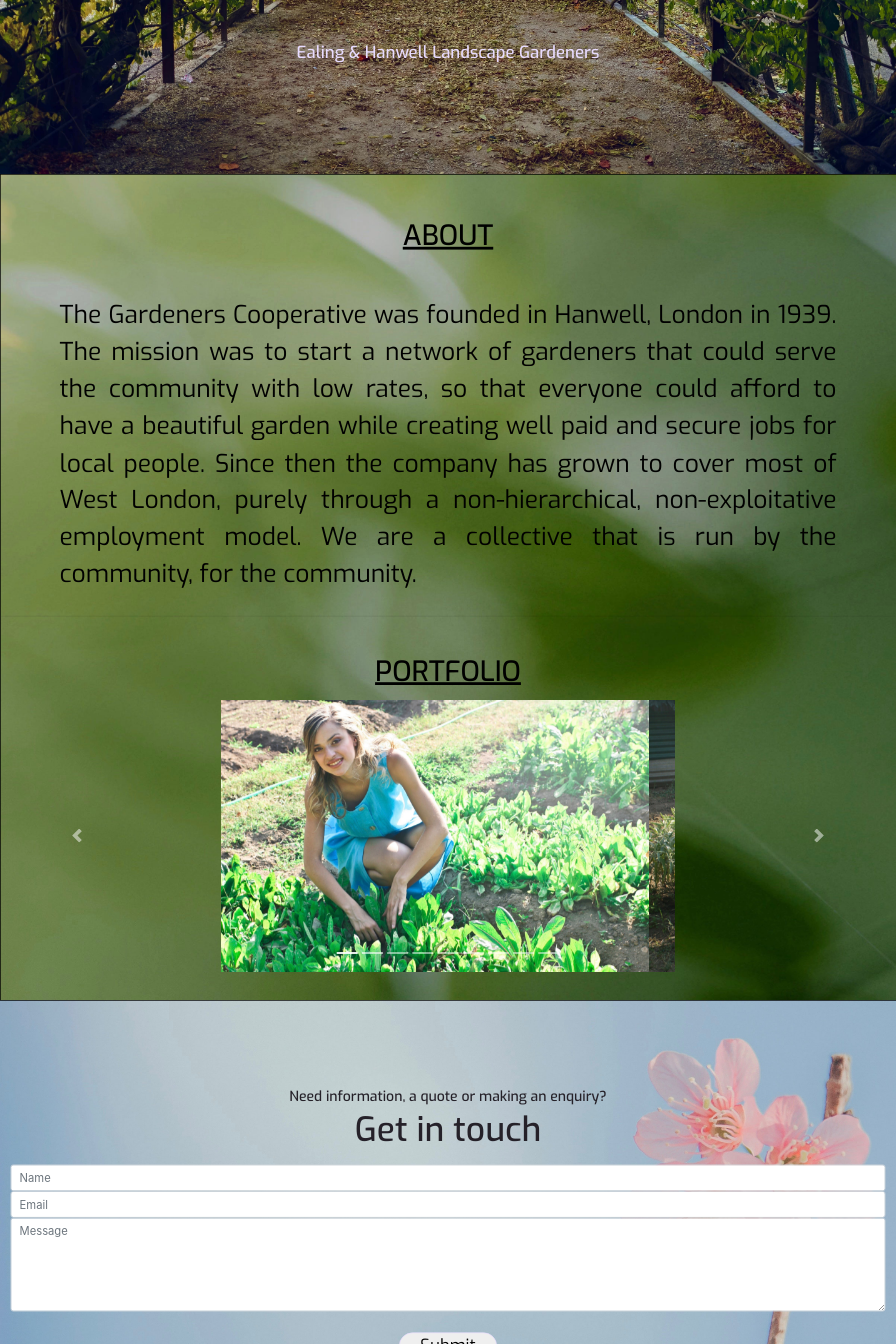
Repository: harrypars0ns/milestone-project
Page: index.html
The author's editor kept a record of every edit. The page is drawn from the files as they stood at one moment, then again after the next edit.
The browser window is 1280 px wide. The pictures show the part of the page from y = 471 to 2391 px (the page is 2571 px tall before and 2847 px after), at 70% of full size.
Backgrounds fixed to the window are drawn as part of the page.

Above is the page before.

### index.html
<!DOCTYPE html>
<html lang="en">

<head>
    <meta charset="UTF-8">
    <meta name="viewport" content="width=device-width, initial-scale=1.0">
    <meta http-equiv="X-UA-Compatible" content="ie=edge">
    <link rel="stylesheet" href="https://stackpath.bootstrapcdn.com/bootstrap/4.3.1/css/bootstrap.min.css" type="text/css" />
    <link rel="stylesheet" href="https://stackpath.bootstrapcdn.com/font-awesome/4.7.0/css/font-awesome.min.css" type="text/css" />
    <link rel="stylesheet" href="assets/css/style.css" type="text/css" />
    <title>Milestone</title>
</head>

<body>
    <!------------------------------------------------------NAV&LANDING>-->
    <div class="landing">
            <nav class='fixed-top container'>
                <div class="row">
                    <div class="col-4">
                        <a href="#about">ABOUT</a>
                    </div>
                    <div class="col-4">
                        <a href="#portfolio">PORTFOLIO</a>
                    </div>
                    <div class="col-4">
                        <a href="#contact">CONTACT</a>
                    </div>
                </div>
            </nav>


        <!-----------------------------------------TITLE---------------->



        <div id="landing" class="view">

            <div class="mask rgba-black-strong">

                <div class="container-fluid d-flex align-items-center justify-content-center h-100">

                    <div class="content row d-flex justify-content-center text-center">

                        <div class="col-md-10 shift">

                            <h2 class="font-weight-bold pt-5 mb-2">The Gardeners Cooperative</h2>



                            <h4>Ealing & Hanwell Landscape Gardeners</h4>


                        </div>

                    </div>

                </div>

            </div>

        </div>
    </div>




    <!------------------------------------------------------------------ABOUT->-->



    <div class='about' id='about'>

        <section class="info text-center">
            <div class="">
                <h1>ABOUT</h1>
            </div>

            <div class="container">
                <div class="row">
                    <div class="col">
                        <p>The Gardeners Cooperative was founded in Hanwell, London in 1939. The mission was to start a network of gardeners that could serve the community with low rates, so that everyone could afford to have a beautiful garden while creating
                            well paid and secure jobs for local people. Since then the company has grown to cover most of West London, purely through a non-hierarchical, non-exploitative employment model. We are a collective that is run by the community,
                            for the community.</p>
                    </div>

                </div>
            </div>

        </section>
        <hr id='portfolio'>
        <!-------------------------------------------------------------------PORTFOLIO-->
        <div class="container-fluid portfolio">
            <div class="text-center">
                <h1>PORTFOLIO</h1>
            </div>
            <div class="portfolio">
                <div id="carouselExampleIndicators" class="carousel slide" data-ride="carousel">
                    <ol class="carousel-indicators">
                        <li data-target="#carouselExampleIndicators" data-slide-to="0" class="active"></li>
                        <li data-target="#carouselExampleIndicators" data-slide-to="1"></li>
                        <li data-target="#carouselExampleIndicators" data-slide-to="2"></li>
                        <li data-target="#carouselExampleIndicators" data-slide-to="3"></li>
                        <li data-target="#carouselExampleIndicators" data-slide-to="4"></li>
                        <li data-target="#carouselExampleIndicators" data-slide-to="5"></li>
                        <li data-target="#carouselExampleIndicators" data-slide-to="6"></li>
                        <li data-target="#carouselExampleIndicators" data-slide-to="7"></li>
                        <li data-target="#carouselExampleIndicators" data-slide-to="8"></li>

                    </ol>
                    <div class="carousel-inner">
                        <div class="carousel-item active">
                            <img class="d-block w-100 responsive" src="assets/images/carousel-1.jpg" alt="First slide">
                        </div>
                        <div class="carousel-item">
                            <img class="d-block w-100 responsive" src="assets/images/lady2.jpg" alt="Second slide">
                        </div>
                        <div class="carousel-item">
                            <img class="d-block w-100 responsive" src="assets/images/flowers.jpg" alt="Third slide">
                        </div>
                        <div class="carousel-item">
                            <img class="d-block w-100 responsive" src="assets/images/lady4.jpg" alt="Fourth slide">
                        </div>
                        <div class="carousel-item">
                            <img class="d-block w-100 responsive" src="assets/images/bench.jpg" alt="Fifth slide">
                        </div>
                        <div class="carousel-item">
                            <img class="d-block w-100 responsive" src="assets/images/bloom.jpg" alt="Sixth slide">
                        </div>
                        <div class="carousel-item">
                            <img class="d-block w-100 responsive" src="assets/images/lady3.jpg" alt="Seventh slide">
                        </div>
                        <div class="carousel-item">
                            <img class="d-block w-100 responsive" src="assets/images/adult3.jpg" alt="Eighth slide">
                        </div>
                        <div class="carousel-item">
                            <img class="d-block w-100 responsive" src="assets/images/garden.jpg" alt="Nninth slide">
                        </div>
                    </div>
                    <a class="carousel-control-prev" href="#carouselExampleIndicators" role="button" data-slide="prev">
                        <span class="carousel-control-prev-icon" aria-hidden="true"></span>
                        <span class="sr-only">Previous</span>
                    </a>
                    <a class="carousel-control-next" href="#carouselExampleIndicators" role="button" data-slide="next">
                    <span class="carousel-control-next-icon" aria-hidden="true"></span>
                    <span class="sr-only">Next</span>
                    </a>
                </div>


            </div>


        </div>
    </div>

    <!-------------------------------------------------------------------CONTACT-->


    <div class='contact' id='contact'>

        <section class='container-fluid'>
            <div class="row form-page">
                <div class="col">
                    <div class="contact-info">
                        <h5 class='contact-heading question'>Need information, a quote or making an enquiry?</h4>
                            <h2 class='contact-heading'>Get in touch</h2>
                    </div>
                    <div class="form">
                        <form>
                            <input type="text" name="name" id "fullname" class='form-control' placeholder='Name' required/>
                            <input type="email" name="email" id "email" class='form-control' placeholder='Email' required/>
                            <textarea rows='5' name="message" id "message" class='form-control' placeholder='Message' required/></textarea>
                            <div class="submit">
                                <input id='submit' type="submit" value="Submit" />
                            </div>
                        </form>
                    </div>
                </div>
            </div>
        </section>


        <div class="footer" id='footer'>
            <div class="iconwrapper" <a href="#" class="fa fa-facebook">
                </a>
                <a href="#" class="fa inner fa-twitter" target='_blank'></a>
                <a href="#" class="fa inner fa-youtube" target='_blank'></a>
                <a href="#" class="fa inner fa-instagram" target='_blank'></a>
                <a href="#" class="fa inner fa-snapchat-ghost" target='_blank'></a>
                <a href="#" class="fa inner fa-facebook" target='_blank'></a>
            </div>
        </div>
    </div>








    <script src="https://code.jquery.com/jquery-3.3.1.slim.min.js" integrity="sha384-q8i/X+965DzO0rT7abK41JStQIAqVgRVzpbzo5smXKp4YfRvH+8abtTE1Pi6jizo" crossorigin="anonymous"></script>
    <script src="https://cdnjs.cloudflare.com/ajax/libs/popper.js/1.14.7/umd/popper.min.js" integrity="sha384-UO2eT0CpHqdSJQ6hJty5KVphtPhzWj9WO1clHTMGa3JDZwrnQq4sF86dIHNDz0W1" crossorigin="anonymous"></script>
    <script src="https://stackpath.bootstrapcdn.com/bootstrap/4.3.1/js/bootstrap.min.js" integrity="sha384-JjSmVgyd0p3pXB1rRibZUAYoIIy6OrQ6VrjIEaFf/nJGzIxFDsf4x0xIM+B07jRM" crossorigin="anonymous"></script>

</body>

</html>

### assets/css/style.css
@import url('https://fonts.googleapis.com/css?family=Roboto:100,100i,300,300i,400,400i,500,500i,700&display=swap');
@import url('https://fonts.googleapis.com/css?family=Exo:100,200,300,400,500,600,700&display=swap');



/*----------------------------------------- LANDING*/

.landing {
    background-image: url('../images/landing-background.jpg');
    height: 100%;
    background-attachment: fixed;
    background-position: bottom;
    background-repeat: no-repeat;
    background-size: cover;
    border: 0px;
    z-index: 1;
    padding-bottom: 10%;

}


body {
    padding: 0;
    background: black;
}

html,
body,
header,
#intro {
    height: 100%;
    width: 100%;
    color: #e8dcff;


}






.content {
    margin-top: 12%;
    font-family: 'Exo', sans-serif;


}

h2 {
    font-size: 3em;
}

h4 {
    padding-top: 50%;
}




/*.btn-outline {*/
/*    color: #e8dcff;*/
/*    margin-top: 5%;*/
/*}*/

/*.btn-outline:hover {*/
/*    color: rgba(112, 241, 146, 0.9);*/
/*}*/


/*-------------------------------------------------------NAV*/

nav {
    color: #e8dcff;
    text-align: center;
    font-family: 'Exo', sans-serif;
    padding: 1%;
    background: rgba(0, 0, 0, 0.6);
    background-clip: padding-box;
    /*width: 100%;*/
}

nav a {
    color: #e8dcff;
    text-decoration: none;

}



nav a:hover {
    color: #e8dcff;
    right: 0;
    text-decoration: none;
}

nav a:hover:after {
    border-color: #e8dcff;
    right: 0;
}

nav a:after {
    border-radius: 1em;
    border-top: .1em solid #e8dcff;
    content: "";
    position: absolute;
    right: 100%;
    bottom: .14em;
    left: 0;
    transition: right .4s cubic-bezier(0, .5, 0, 1),
    border-color .4s ease-out;
}

nav a:hover:after {
    right: 0;
}





.no-padding {
    padding: 0 !important;
}




/*----------------------------------------- ABOUT*/

.about {

    background-image: url('../images/about-background.jpg');

    /*background-position: center;*/
    background-repeat: no-repeat;

    background-size: cover;

    border: 0.1px solid rgba(0, 0, 0, 0);

}




.info {


    font-family: "Exo", sans-serif;

    color: #000000;

    margin-top: 15%;

}

.info h1 {


    text-decoration: underline;

}

.info p {

    font-size: 1em;

    padding-top: 5%;

    text-align: justify;


}

/*----------------------------------------- portfolio*/

#portfolio {
    margin-bottom: 55px;
}

.portfolio {
    font-family: "Exo", sans-serif;

    color: #000000;



    margin-top: 1em;

    text-decoration: underline;
}



.carousel {
    margin-bottom: 40px;

}



/*----------------------------------------- CONTACT*/

.contact {

    background-image: url('../images/contact-background.jpg');
    background-attachment: fixed;
    background-repeat: no-repeat;
    background-size: cover;

}

.contact-info {
    font-family: "Exo", sans-serif;
    text-align: center;
    /*color: #e8dcff;*/
    color: #252129;


    margin-top: 3em;
    margin-bottom: 20px;

}

/*.contact-info h4 {*/

/*    text-decoration: uppercase;*/

/*}*/

.form {
    margin-bottom: 7%;


}

#submit {
    font-family: 'Exo', sans-serif;
    font-size: 150%;
    border: 1px solid #e8dcff;
    border-radius: 50px 50px;
    padding: 0px 30px;
}

.submit {
    text-align: center;
    padding-top: 30px;


}

/*-----------------------------------------ICONS/FOOTER*/

.footer {
    text-align: center;
    padding-bottom: 30px;
    /*padding-bottom: -10px;*/
}

.iconwrappper {}

.icon {
    display: inline-block;
    text-align: center;


}



.fa {
    padding-top: 5px;
    font-size: 30px;
    height: 40px;
    width: 40px;
    text-align: center;
    text-decoration: none;
    border-radius: 50%;
    background: #fff;
    color: white;
    opacity: 0.5;
}

.fa:hover {
    opacity: 0.9;
    text-decoration: none;
    color: #000;
}

.inner {
    padding-left: 1px;
    color: #000;
}

.fa-youtube {
    padding-right: 1px;

}

/*--------------------------------------------MEDIA Queries */
@media (min-height: 750px) {
    h4 {
        margin-top: 70%;
    }
}
@media (max-height: 500px) {
    .btn {
        margin-top: 0px;
    }
    h4 {
        margin-top: 0%;
        padding-top: 0%;
    }
}
@media (max-width: 1000px) {
    .info p {
        font-size: 21px;
    }
}
@media (min-width: 600px) {
    h4 {
        padding-top: 0px;
    }
    .info {
        margin-top: 5%;
    }
}
@media (min-width: 1000px) {
    h4 {
        margin-top: 50%;
    }
    .info {
        font-size: 2.2em;
    }
    .portfolio h2 {
        padding-top: 50px;
    }
    .carousel {
        padding: 0px 300px;
    }
    .contact-info {
        margin-top: 10%;
    }
       .shift {
        position: relative;
        bottom: 30px;
    }


}

}
@media (min-width: 1000px) and (max-width: 1265px) {
    .shift{
       font-size: 2em;
    }
     .shift h4{
        font-size: 2em;
        margin-top: 30%;
    }
}
@media (min-width: 1000px) and (max-width: 1268px) and (max-height: 800px){
    .shift h4{
        font-size: 1.5em;
        margin-top: 12%;
    }
}
@media (min-width: 1300px) {

    .shift {
        font-size: 2em;
    }

    .shift, h4 {
        font-size: 1.5em;
        margin-top: 12%;
    }

    .form {
        padding-right: 250px;
        padding-left: 250px
    }
}

After the next edit:
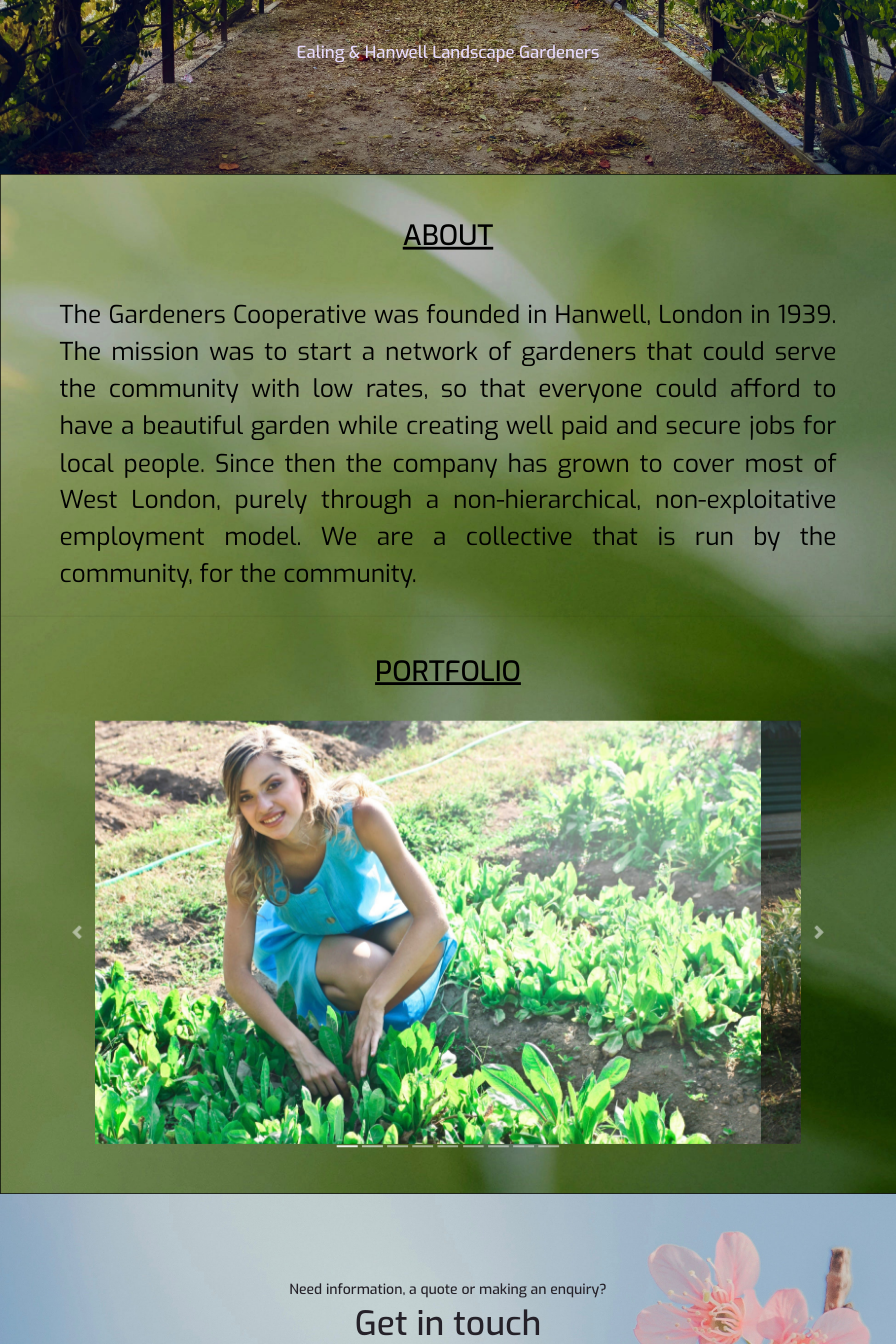
The edit:
--- a/assets/css/style.css
+++ b/assets/css/style.css
@@ -337,7 +337,7 @@
         padding-top: 50px;
     }
     .carousel {
-        padding: 0px 300px;
+        padding: 30px 120px;
     }
     .contact-info {
         margin-top: 10%;
